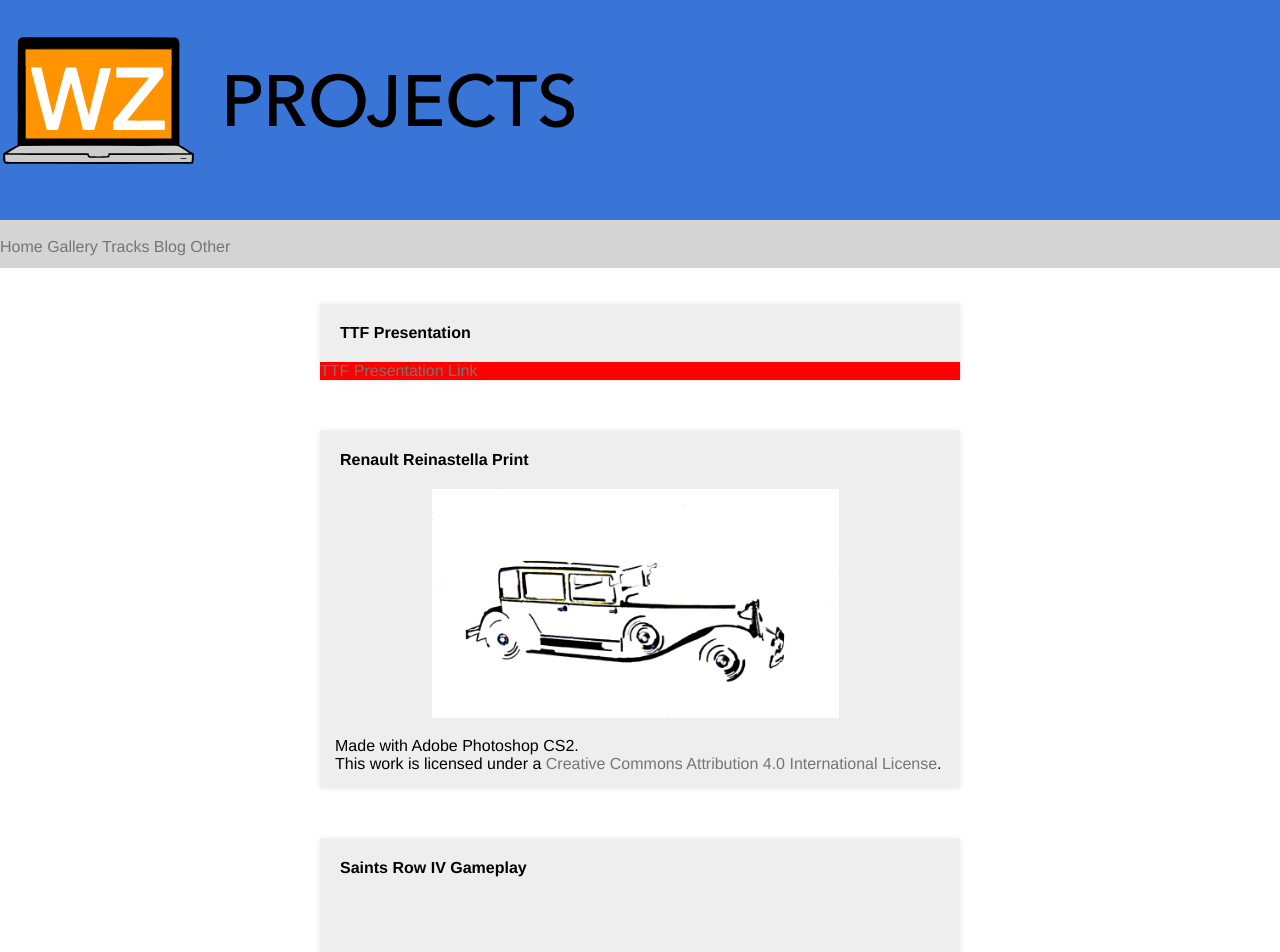
Repository: willzhang05/willzhang05.github.io-old
Page: newmenu.html
The author's editor kept a record of every edit. The page is drawn from the files as they stood at one moment, then again after the next edit.
The browser window is 1280 px wide. The pictures show the part of the page from y = 0 to 952 px (the page is 2357 px tall before and 2480 px after).
Pictures or frames that could not be fetched are drawn as grey boxes.

Above is the page before.

After the next edit:
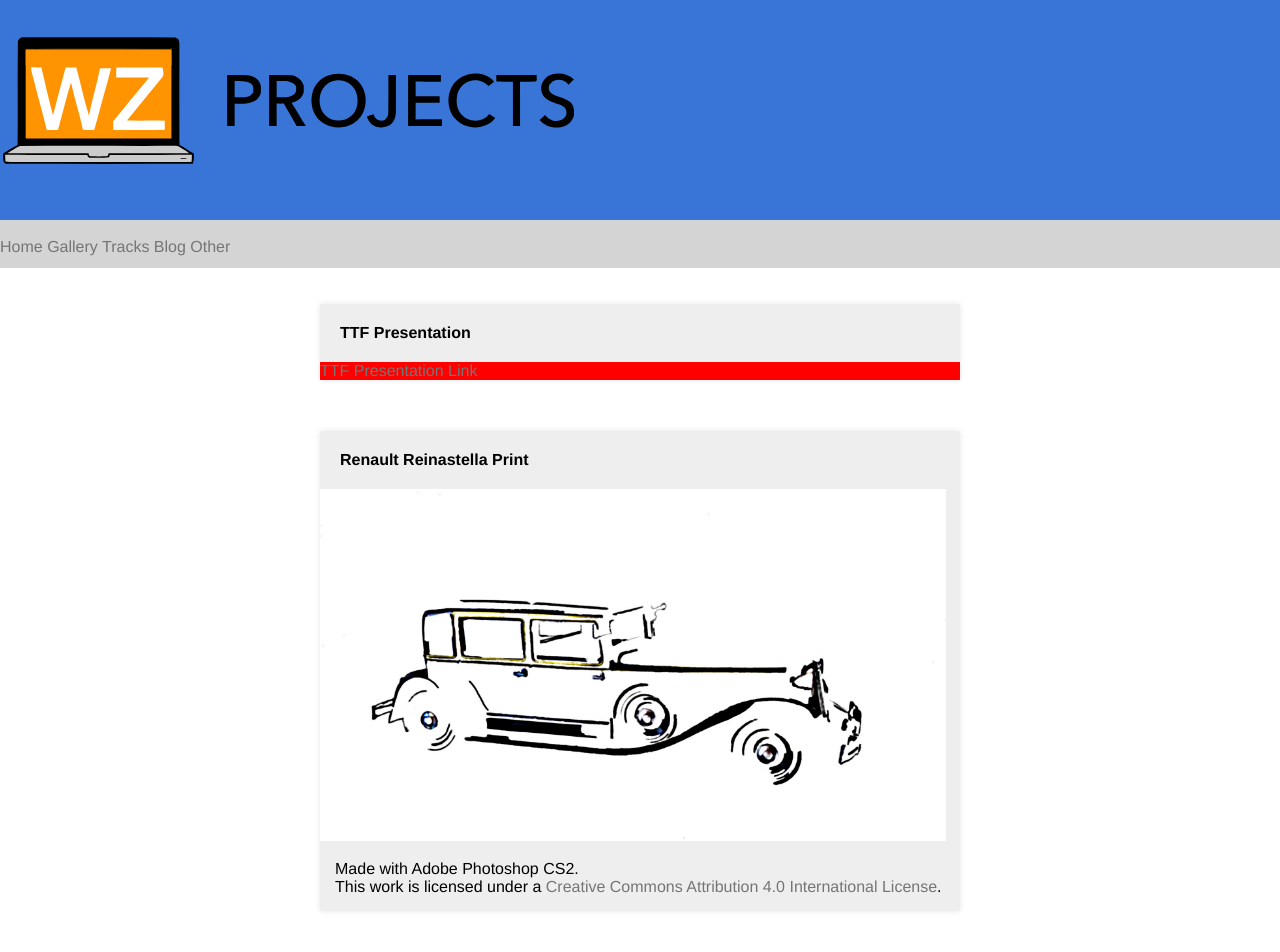
The edit:
--- a/main-style.css
+++ b/main-style.css
@@ -190,7 +190,7 @@
 	padding: 15px;
 }
 
-.card .video, .image {
+.card .image, .video,  {
 	padding-left: 17.5%;
 	padding-right: 17.5%;
 	border:none;
